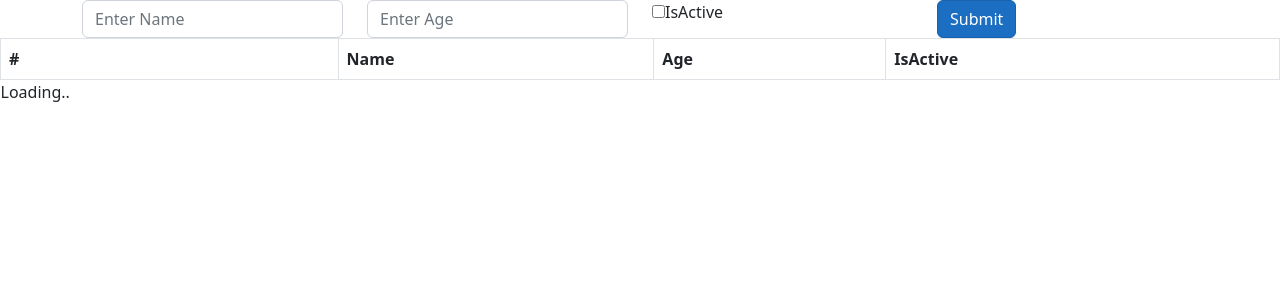
Repository: huiyyee/sample-crud
Page: / (app in sample-crud/ClientApp/)
The author's editor kept a copy of each file at every save. The page is drawn from the files as they stood at one save, then again after the next save.
The browser window is 1280 px wide. The pictures show the whole page.
The page's requests for data from a server got no answer. The project was rebuilt for these pictures with package versions that can differ from the ones it lists, and the page was loaded fresh each time. No one was signed in, and anything a server would have sent is missing.

Above is the page before, as saved 2024-09-23 01:09:59.

### sample-crud/ClientApp/public/index.html
<!DOCTYPE html>
<html lang="en">
  <head>
    <meta charset="utf-8">
    <meta name="viewport" content="width=device-width, initial-scale=1, shrink-to-fit=no">
    <meta name="theme-color" content="#000000">
    <base href="%PUBLIC_URL%/" />
    <!--
      manifest.json provides metadata used when your web app is added to the
      homescreen on Android. See https://developers.google.com/web/fundamentals/engage-and-retain/web-app-manifest/
    -->
    <link rel="manifest" href="%PUBLIC_URL%/manifest.json">
    <link rel="shortcut icon" href="%PUBLIC_URL%/favicon.ico">
    <!--
      Notice the use of %PUBLIC_URL% in the tags above.
      It will be replaced with the URL of the `public` folder during the build.
      Only files inside the `public` folder can be referenced from the HTML.

      Unlike "/favicon.ico" or "favicon.ico", "%PUBLIC_URL%/favicon.ico" will
      work correctly both with client-side routing and a non-root public URL.
      Learn how to configure a non-root public URL by running `npm run build`.
    -->
    <title>sample_crud</title>
  </head>
  <body>
    <noscript>
      You need to enable JavaScript to run this app.
    </noscript>
    <div id="root"></div>
    <!--
      This HTML file is a template.
      If you open it directly in the browser, you will see an empty page.

      You can add webfonts, meta tags, or analytics to this file.
      The build step will place the bundled scripts into the <body> tag.

      To begin the development, run `npm start` or `yarn start`.
      To create a production bundle, use `npm run build` or `yarn build`.
    -->
  </body>
</html>

### sample-crud/ClientApp/src/index.js
import 'bootstrap/dist/css/bootstrap.css';
import React from 'react';
import { createRoot } from 'react-dom/client';
import { BrowserRouter } from 'react-router-dom';
import App from './App.js';

const baseUrl = document.getElementsByTagName('base')[0].getAttribute('href');
const rootElement = document.getElementById('root');
const root = createRoot(rootElement);

root.render(
  <BrowserRouter basename={baseUrl}>
    <App />
  </BrowserRouter>);

### sample-crud/ClientApp/src/App.js
import React, { Component } from 'react';
import { Route, Routes } from 'react-router-dom';
import CRUD from './CRUD.js';
import './custom.css';
import './App.css';

// export default class App extends Component {
//   static displayName = App.name;

//   render() {
//     return (
//         <div className="App">
//           <CRUD />
//         </div>
//     );
//   }
// }

function App(){
  return (
    <div className="App">
      <CRUD />
    </div>
  );
}

export default App;

### sample-crud/ClientApp/src/CRUD.js
import React,{useState,useEffect,Fragment} from "react";
import {Table} from "react-bootstrap";
import 'bootstrap/dist/css/bootstrap.min.css';
import {Button,Modal,Container,Row,Col} from 'react-bootstrap';
import axios from "axios";
// import { getData } from "ajv/dist/compile/validate";
import { ToastContainer, toast } from "react-toastify";
import 'react-toastify/dist/ReactToastify.css'

const CRUD = () => {
	const [show, setShow] = useState(false);

	const handleClose = () => setShow(false);
	const handleShow = () => setShow(true);

	const [name, setName] = useState('');
	const [age, setAge] = useState('');
	const [isActive, setIsActive] = useState(0);

	const [editID, setEditID] = useState(0);
	const [editName, setEditName] = useState('');
	const [editAge, setEditAge] = useState('');
	const [isEditActive, setIsEditActive] = useState(0);

	const empdata = [
		{
			id:1,
			name:'Manoj',
			age:29,
			isActive:1
		},
		{
			id:2,
			name:'Virat',
			age:30,
			isActive:1
		},
		{
			id:3,
			name:'Rohit',
			age:34,
			isActive:1
		}
	]

	const [data, setData] = useState([]);

	useEffect(() => {
		getData();
	}, [])

	const getData = () => {
		axios.get('https://localhost:7212/api/Employee').then(res => {
			// setData(res.data);
			console.log(res);
        })
		.catch(err => {console.log(err)})

    }

	const handleEdit = (id) => {
		handleShow();
    }

	const handleDelete = (id) => {
		if(window.confirm('Are you sure want to delete this record?')){
			alert(id);
        }
	}

	const handleUpdate = (id) => {

	}

	const handleSave = () => {
		const url = 'https://localhost:7212/api/Employee';
		const data ={
			"name": name,
			"age": age,
			"isActive": isActive
		}

		axios.post(url, data)
		.then((result) =>{
			getData();
			clear();
			toast.success('Employee added successfully');
		})
	}

	const clear = () =>{
		setName('');
		setAge('');
		setIsActive(0);
		setEditName('');
		setEditAge('');
		setIsEditActive(0);
		setEditID('');
	}


	return(
		<Fragment>
			<ToastContainer />
			<Container>
				<Row>
					<Col>
						<input type="text" placeholder="Enter Name" className="form-control" value={name} onChange={(e)=> setName(e.target.value)}/>
					</Col>
					<Col>
						<input type="text" placeholder="Enter Age" className="form-control" value={age} onChange={(e)=> setAge(e.target.value)}/>
					</Col>
					<Col>
						<input type="checkbox"
						// checked={isActive===1? true:false}
						// onChange={(e)=> setIsActive(e.target.checked)} value={isActive}/>
						checked={isActive}
						onChange={(e) => setIsActive(e.target.checked)} />
						<label>IsActive</label>
					</Col>
					<Col>
						{/* <button className="btn btn-primary">Submit</button> */}
						<button className="btn btn-primary" onClick={handleSave}>Submit</button>

					</Col>
				</Row>
			</Container>
			<Table striped bordered hover>
				<thead>
					<tr>
						<th>#</th>
						<th>Name</th>
						<th>Age</th>
						<th>IsActive</th>
					</tr>
				</thead>
				<tbody>
					{
						data && data.length > 0 ?
							data.map((item,index) => {
								return(
                                    <tr key={index}>
										<td>{index + 1}</td>
                                        <td>{item.name}</td>
                                        <td>{item.age}</td>
                                        <td>{item.isActive}</td>
										<td colSpan={2}>
											<Button variant="primary" onClick={() => handleEdit(item.id)}>Edit</Button>
                                            &nbsp;
                                            <Button variant="danger" onClick={() => handleDelete(item.id)}>Delete</Button>
										</td>

                                    </tr>
                                )
							})
							:'Loading..'
					}
				</tbody>
			</Table>

			<Modal show={show} onHide={handleClose}>
				<Modal.Header closeButton>
					<Modal.Title>Modify/ Update Employee</Modal.Title>
				</Modal.Header>
				<Modal.Body>
					<Row>
						<Col>
							<input type="text" placeholder="Enter Name" className="form-control" value={editName} onChange={(e)=> setEditName(e.target.value)}/>
						</Col>
						<Col>
							<input type="text" placeholder="Enter Age" className="form-control" value={editAge} onChange={(e)=> setEditAge(e.target.value)}/>
						</Col>
						<Col>
							<input type="checkbox"
							// checked={isEditActive===1? true:false}
							// onChange={(e)=> setIsEditActive(e.target.checked)} value={isEditActive}/>
							checked={isEditActive}
							onChange={(e) => setIsEditActive(e.target.checked)} />
							<label>IsActive</label>
						</Col>
						<Col>
							{/* <button className="btn btn-primary">Submit</button> */}
							<button className="btn btn-primary" onClick={handleSave}>Submit</button>
						</Col>
					</Row>
				</Modal.Body>
				<Modal.Footer>
					<Button variant="secondary" onClick={handleClose}>
						Close
					</Button>
					<Button variant="primary" onClick={handleUpdate}>
						Save Changes
					</Button>
				</Modal.Footer>
			</Modal>
		</Fragment>
	)
}

export default CRUD;

### sample-crud/ClientApp/src/custom.css
/* Provide sufficient contrast against white background */
a {
  color: #0366d6;
}

code {
  color: #E01A76;
}

.btn-primary {
  color: #fff;
  background-color: #1b6ec2;
  border-color: #1861ac;
}

### sample-crud/ClientApp/src/App.css
/* Provide sufficient contrast against white background */
a {
    color: #0366d6;
  }

  code {
    color: #E01A76;
  }

  .btn-primary {
    color: #fff;
    background-color: #1b6ec2;
    border-color: #1861ac;
  }

After the next save:
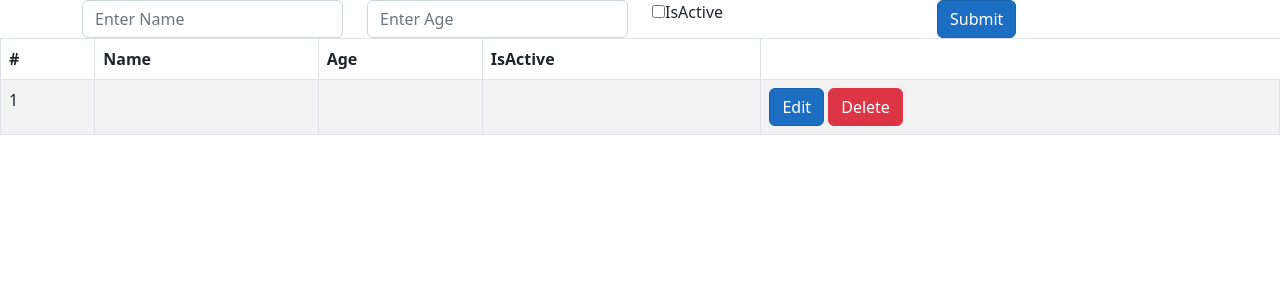
Saved 9 s later.
--- a/sample-crud/ClientApp/src/CRUD.js
+++ b/sample-crud/ClientApp/src/CRUD.js
@@ -43,7 +43,7 @@ const CRUD = () => {
 		}
 	]
 
-	const [data, setData] = useState([]);
+	const [data, setData] = useState([{}]);
 
 	useEffect(() => {
 		getData();
